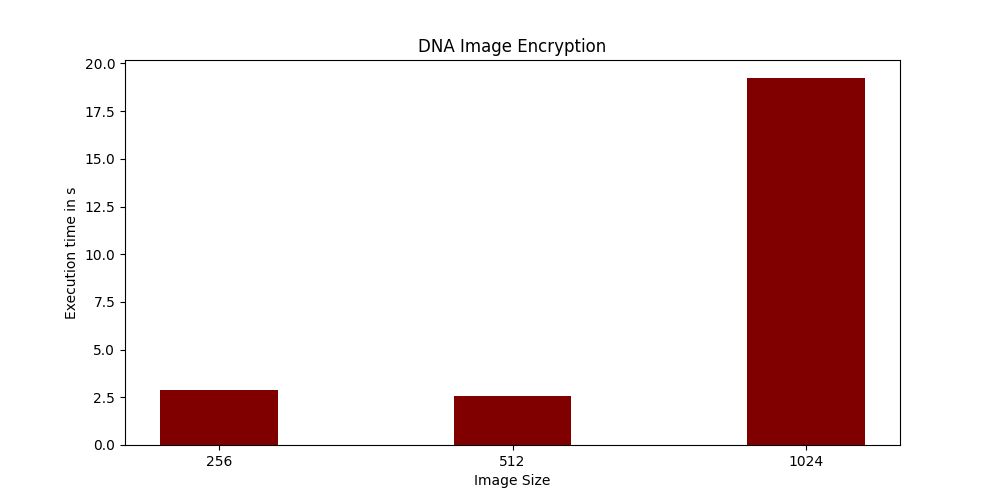
Repository: vishalsinghhh/DNA-cryptography-Project
Script's output: python DNA/Graphs.py
An editor plug-in stored every save of this project. The script's output is shown before and after the next save, followed by the edit.
Random numbers start from a fixed seed.

Above is the script's output before, as saved 2023-04-11 10:38:01.

### DNA/Graphs.py
import numpy as np
import matplotlib.pyplot as plt


# creating the dataset
data = {'256':2.88, '512':2.55, '1024':19.22}
courses = list(data.keys())
values = list(data.values())

fig = plt.figure(figsize = (10, 5))

# creating the bar plot
plt.bar(courses, values, color ='maroon',
        width = 0.4)

plt.xlabel("Image Size")
plt.ylabel("Execution time in s")
plt.title("DNA Image Encryption")
plt.show()

After the next save:
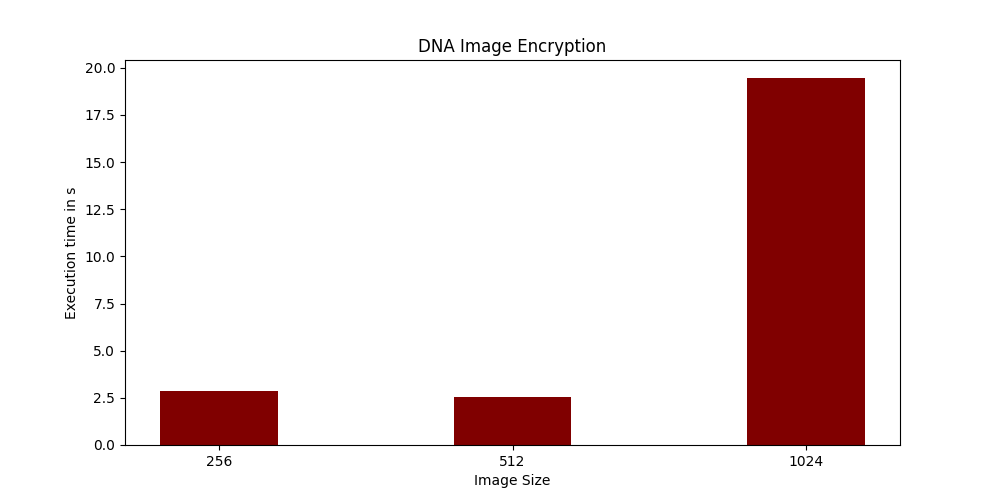
Saved 5 s later.
--- a/DNA/Graphs.py
+++ b/DNA/Graphs.py
@@ -3,7 +3,7 @@ import matplotlib.pyplot as plt
 
 
 # creating the dataset
-data = {'256':2.88, '512':2.55, '1024':19.22}
+data = {'256':2.88, '512':2.55, '1024':19.44}
 courses = list(data.keys())
 values = list(data.values())
 
